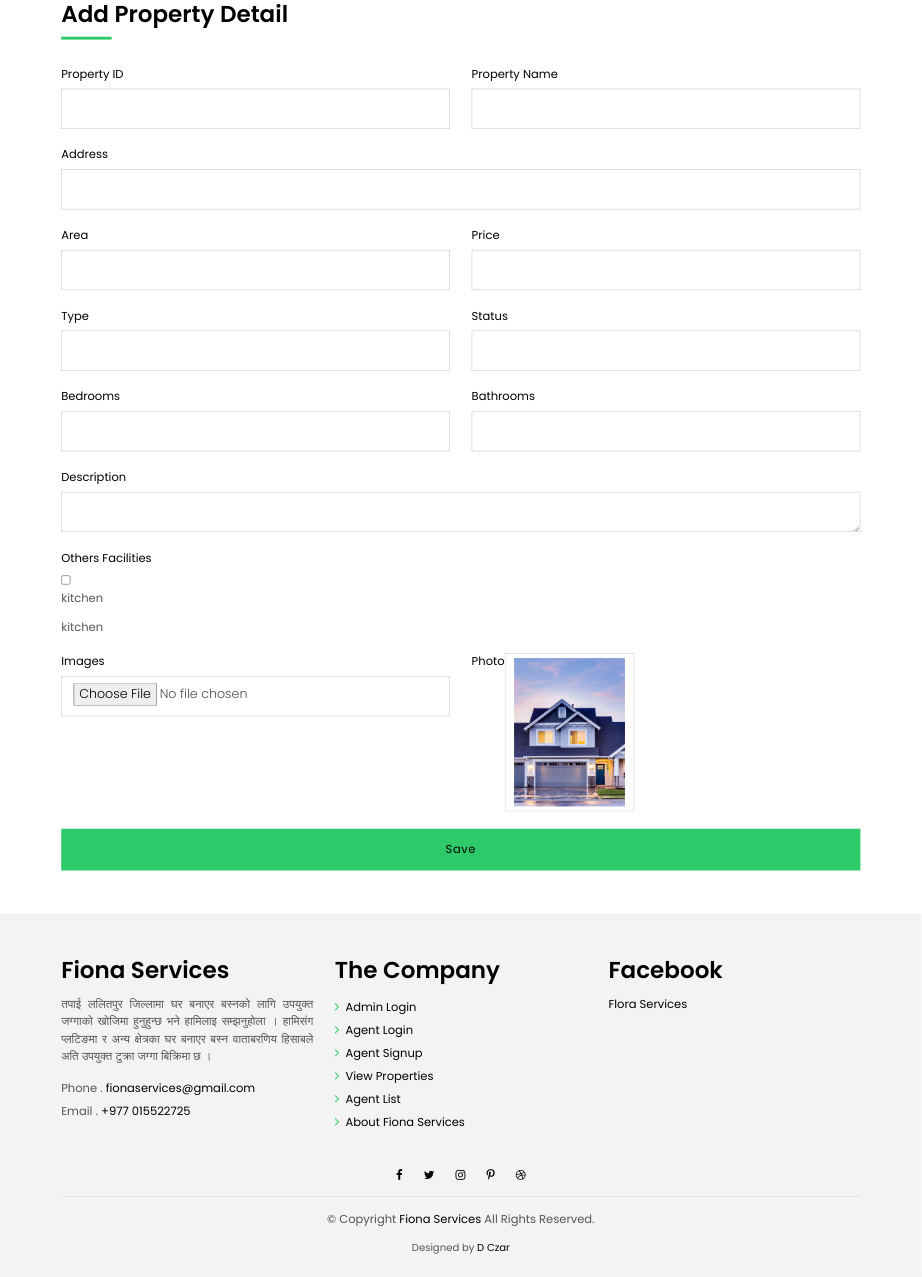
Repository: Sjuicyy/realstate
Page: Add-Property.html
An editor plug-in stored every save of this project. The page is shown before and after a run of saves, followed by the edit.
The browser window is 1280 px wide. The pictures show the whole page, at 72% of full size.

Above is the page before, as saved 2022-10-13 16:02:33.

After the next 2 saves:
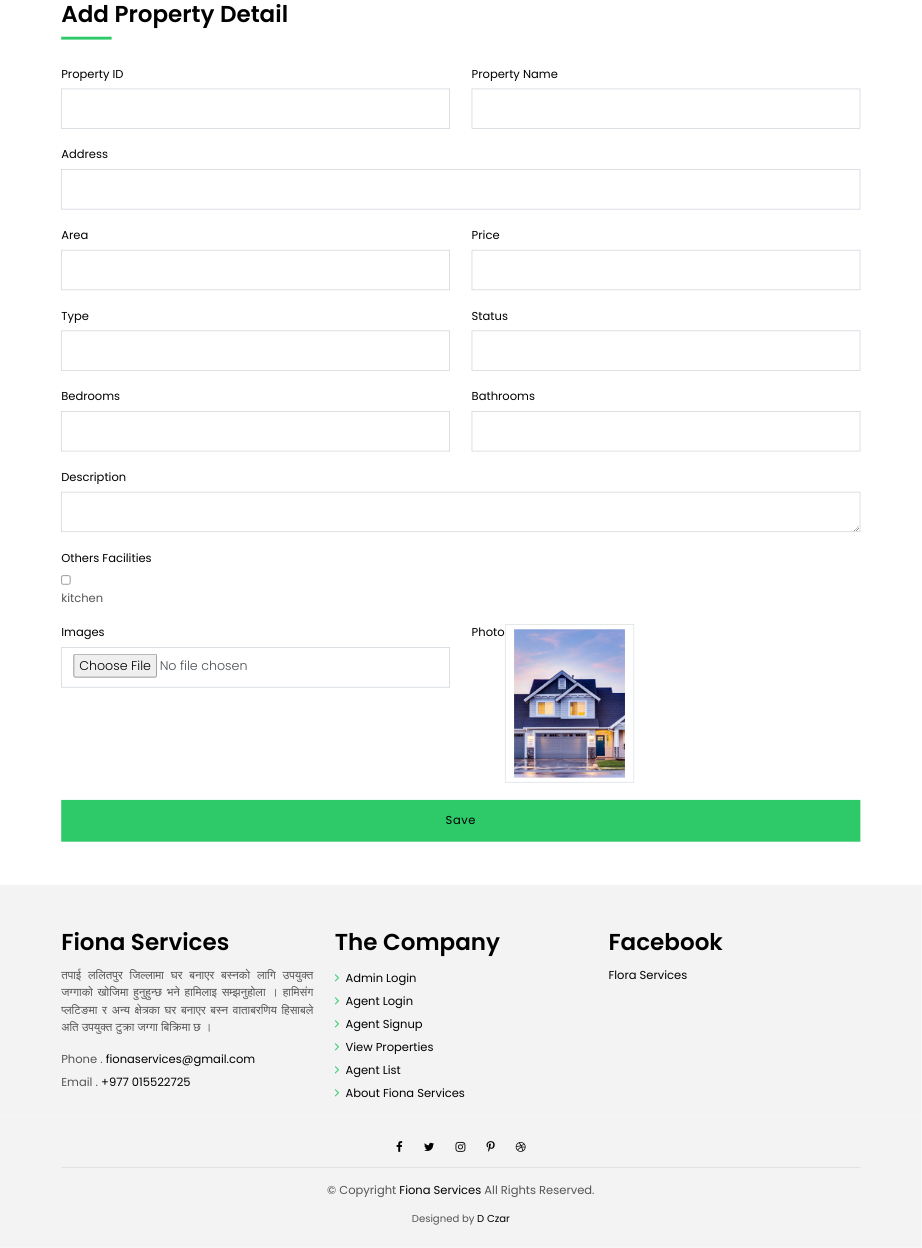
The 2 saves are shown as one change because they came seconds apart.
The last was saved 6 s later.
--- a/Add-Property.html
+++ b/Add-Property.html
@@ -191,7 +191,7 @@
             <div class="col-md-12 mb-2">
               <div class="form-group">
                 <label for="bathrooms">Others Facilities</label> <br>
-                <input type="checkbox" name="" id=""> <p>kitchen</p> kitchen
+                <input type="checkbox" name="" id=""> <p>kitchen</p>
               </div>
             </div>
 
